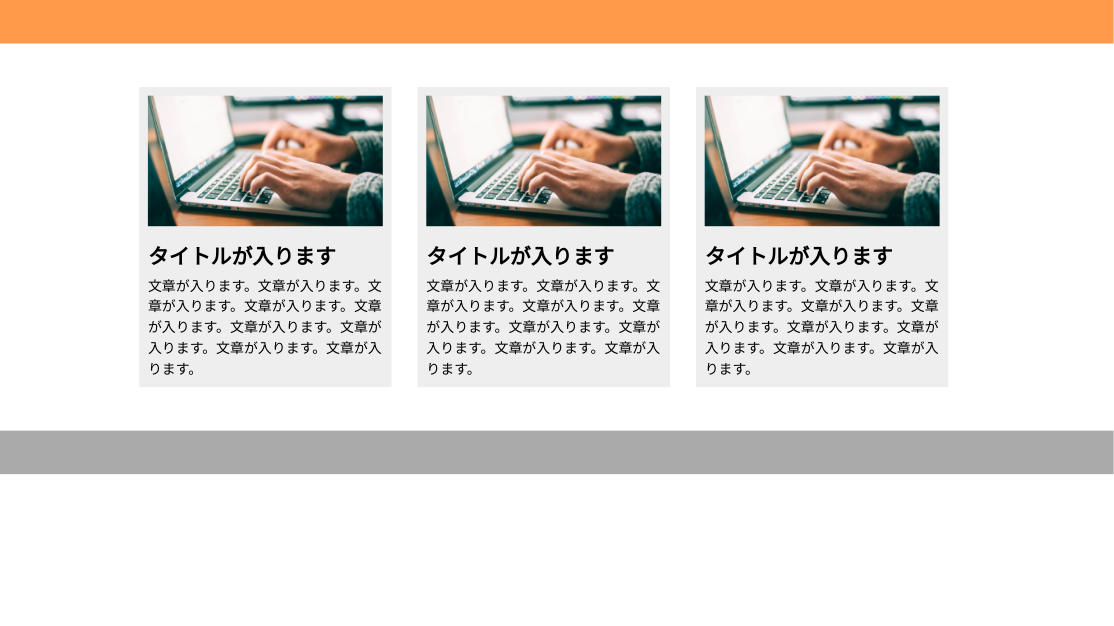
Repository: Takahiro620/dmmwebcamp
Page: enshu9/enshu9.html
The author's editor kept a record of every edit. The page is drawn from the files as they stood at one moment, then again after the next edit.
The browser window is 1280 px wide. The pictures show the whole page, at 87% of full size.

Above is the page before.

After the next edit:
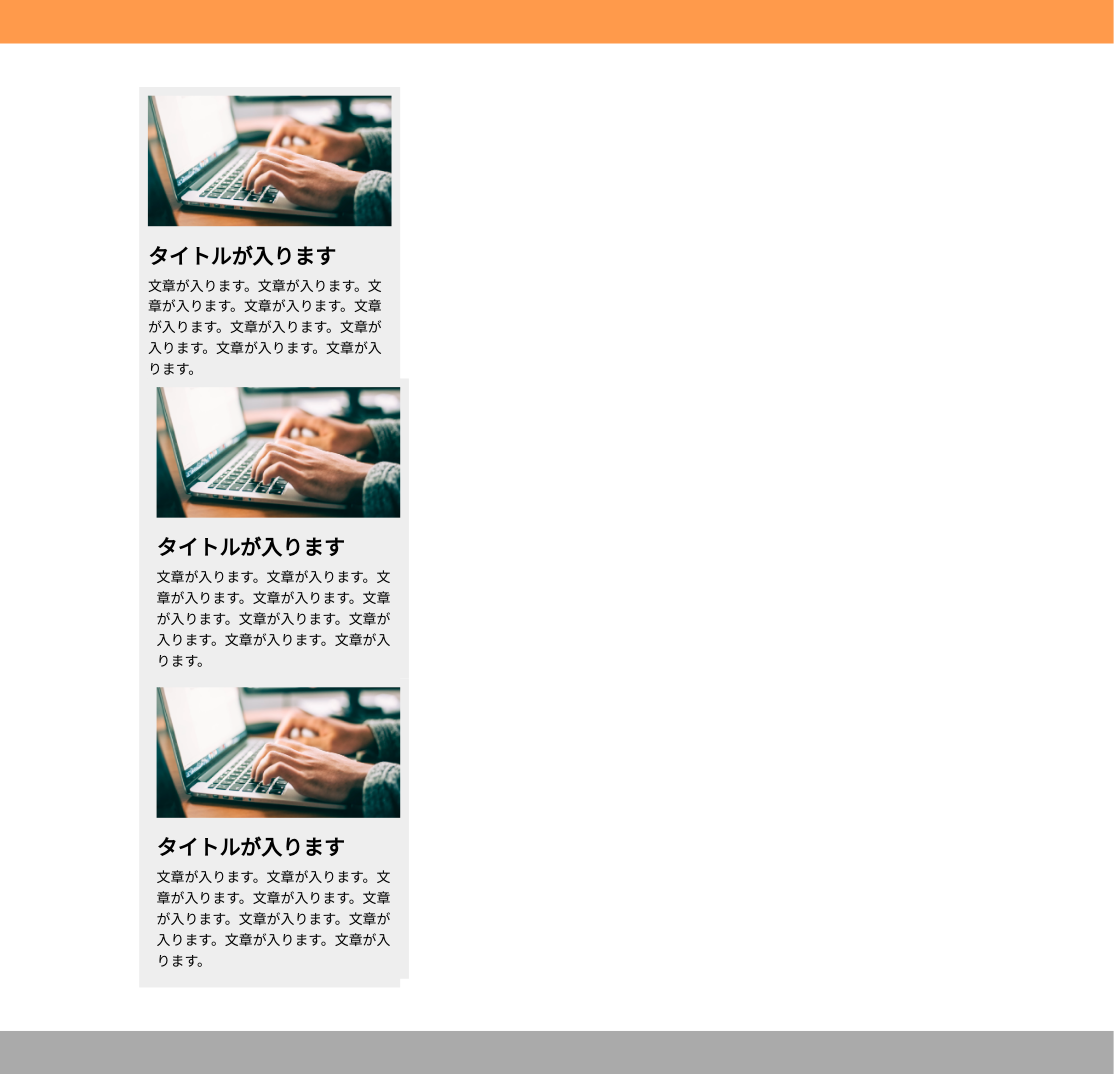
The edit:
--- a/enshu9/enshu9.html
+++ b/enshu9/enshu9.html
@@ -18,7 +18,7 @@
 
     <main class="main">
 
-      <div class="main-1">
+      <span class="main-1">
         <div class="image-1"></div>
         <h2 class="title">タイトルが入ります</h2>
         <p class="text">文章が入ります。文章が入ります。文章が入ります。文章が入ります。文章が入ります。文章が入ります。文章が入ります。文章が入ります。文章が入ります。</p>

After the edit that followed:
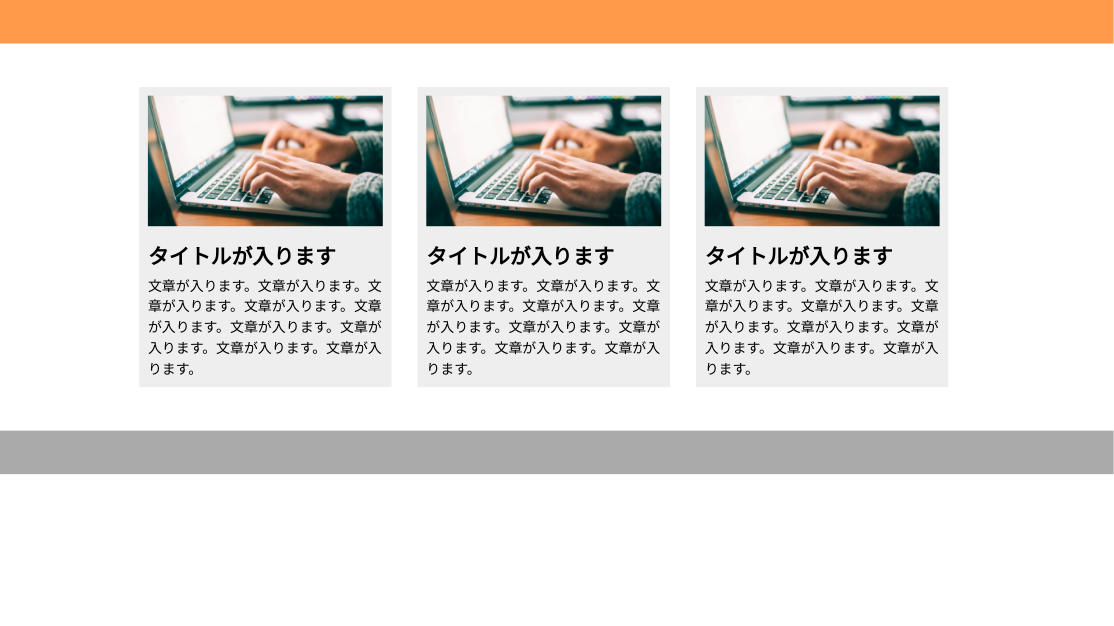
The edit:
--- a/enshu9/enshu9.html
+++ b/enshu9/enshu9.html
@@ -22,7 +22,7 @@
         <div class="image-1"></div>
         <h2 class="title">タイトルが入ります</h2>
         <p class="text">文章が入ります。文章が入ります。文章が入ります。文章が入ります。文章が入ります。文章が入ります。文章が入ります。文章が入ります。文章が入ります。</p>
-      </div>
+      </span>
 
       <div class="main-2">
         <div class="image-2"></div>
